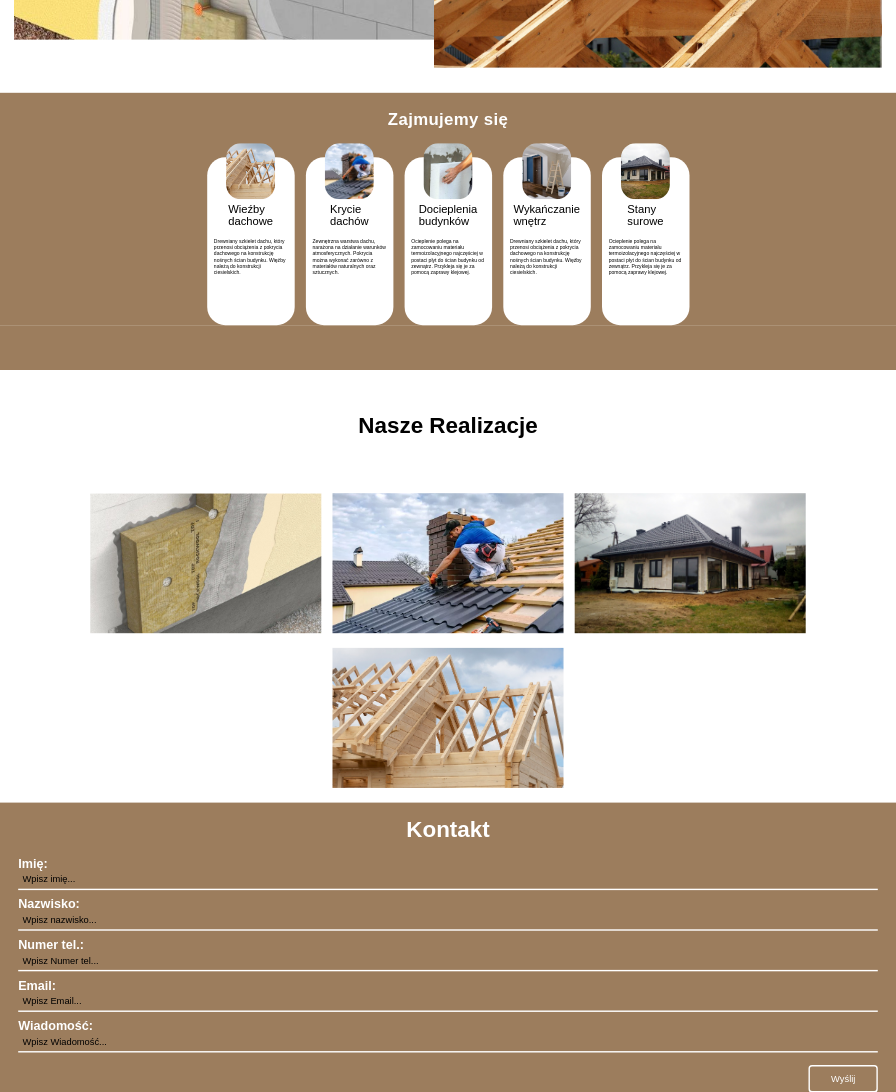
Repository: JakubPaszko2001/bel
Page: index.html
An editor plug-in stored every save of this project. The page is shown before and after a run of saves, followed by the edit.
The browser window is 1280 px wide. The pictures show the part of the page from y = 1092 to 3012 px (the page is 2652 px tall before and 3012 px after), at 70% of full size.
Some web fonts or font styles are not loaded; a fallback is used.

Above is the page before, as saved 2022-03-05 17:31:15.

### index.html
<!DOCTYPE html>
<html lang="pl-PL">
<head>
    <meta charset="UTF-8">
    <meta http-equiv="X-UA-Compatible" content="IE=edge">
    <meta name="viewport" content="width=device-width, initial-scale=1.0">
    <title>BEL-DOM</title>
    <link rel="preconnect" href="https://fonts.googleapis.com">
    <link rel="preconnect" href="https://fonts.gstatic.com" crossorigin>
    <link href="https://fonts.googleapis.com/css2?family=Prompt:wght@300;400;700&display=swap" rel="stylesheet">
    <link rel="stylesheet" href="style.css">
    <link rel="stylesheet" href="lightbox.min.css">
    <script src="./js/lightbox-plus-jquery.min.js"></script>
</head>
<body>
<!-- HEADER -->
<header>
    <div class="container">
        <!-- SPAN -->
        <button class="hamburger">
            <span class="hamburger--menu">
                <span class="hamburger__inner"></span>
            </span>
        </button>
        <!-- LOGO -->
        <div class="header__logo">
            <img class="logo__pic" src="./images/logo.png" alt="logo">
        </div>
    </div>
</header>
<!-- MAIN -->
<main>
    <!-- NAV -->
    <div class="navigation">
        <ul class="navigation--list">
            <li class="navigation__item"><a href="#">jeden</a></li>
            <li class="navigation__item"><a href="#">dwa</a></li>
            <li class="navigation__item"><a href="#">trzy</a></li>
            <li class="navigation__item"><a href="#">cztery</a></li>
        </ul>
    </div>
    <!-- MAIN CONTAINER -->
    <div class="main--container">
        <div class="background__pic">
            <img src="./images/tlo1.png" alt="background">
        </div>
    <!-- TEXT ON IMG -->
        <h1 class="text">ZBUDUJ Z NAMI <br>DOM <br> MARZEŃ</h1>
    </div>
    <!-- TEXT -->
    <div class="main--text">
        <h1 class="main__text-h1">Firma budowlana działająca na Podlasiu.</h1>
        <h3 class="main__text-h3">Usługi budowlane i remontowe</h3>
        <h4 class="main__text-h4">Lorem Ipsum is simply dummy text of the printing and typesetting industry. Lorem Ipsum has been the industry's standard dummy text ever since the 1500s, when an unknown printer took a galley of type and scrambled it to make a type specimen book. It has survived not only five centuries, but also the leap into electronic typesetting, remaining essentially unchanged. It was popularised in the 1960s with the release of Letraset sheets containing Lorem Ipsum passages, and more recently with desk</h4>
    </div>
    <!-- PHOTOS -->
    <div class="main--photos">
        <img class="photo photo1" src="./images/docieplenie1.png" alt="photo2">
        <img class="photo photo2" src="./images/wiezby.png" alt="photo1">
    </div>
    <!-- CARDS -->
    <div class="cards--container">
        <h2 class="text-h2">Zajmujemy się</h2>
        <div class="cards--container__main">
            <div class="card">
                <div class="card-img">
                    <img class="card-img_style" src="./images/wiezby2.png" alt="wiezby">
                </div>
                <div class="card-title">
                    <div class="h1-title">Wieźby<br>dachowe</div>
                </div>
                <div class="card-text">
                    <div class="h1-text">Drewniany szkielet dachu, który przenosi obciążenia z pokrycia dachowego na konstrukcję nośnych ścian budynku. Więźby należą do konstrukcji ciesielskich.</div>
                </div>
            </div>
            <div class="card">
                <div class="card-img">
                    <img class="card-img_style" src="./images/krycie.png" alt="wiezby">
                </div>
                <div class="card-title">
                    <div class="h1-title">Krycie<br>dachów</div>
                </div>
                <div class="card-text">
                    <div class="h1-text">Zewnętrzna warstwa dachu, narażona na działanie warunków atmosferycznych. Pokrycia można wykonać zarówno z materiałów naturalnych oraz sztucznych.</div>
                </div>
            </div>
            <div class="card">
                <div class="card-img">
                    <img class="card-img_style" src="./images/docieplenie2.png" alt="wiezby">
                </div>
                <div class="card-title">
                    <div class="h1-title">Docieplenia<br>budynków</div>
                </div>
                <div class="card-text">
                    <div class="h1-text">Ocieplenie polega na zamocowaniu materiału termoizolacyjnego najczęściej w postaci płyt do ścian budynku od zewnątrz. Przykleja się je za pomocą zaprawy klejowej.</div>
                </div>
            </div>
            <div class="card">
                <div class="card-img">
                    <img class="card-img_style" src="./images/wnetrza.png" alt="wiezby">
                </div>
                <div class="card-title">
                    <div class="h1-title">Wykańczanie<br>wnętrz</div>
                </div>
                <div class="card-text">
                    <div class="h1-text">Drewniany szkielet dachu, który przenosi obciążenia z pokrycia dachowego na konstrukcję nośnych ścian budynku. Więźby należą do konstrukcji ciesielskich.</div>
                </div>
            </div>
            <div class="card">
                <div class="card-img">
                    <img class="card-img_style" src="./images/surowe.png" alt="wiezby">
                </div>
                <div class="card-title">
                    <div class="h1-title">Stany<br>surowe</div>
                </div>
                <div class="card-text">
                    <div class="h1-text">Ocieplenie polega na zamocowaniu materiału termoizolacyjnego najczęściej w postaci płyt do ścian budynku od zewnątrz. Przykleja się je za pomocą zaprawy klejowej.</div>
                </div>
            </div>
        </div>
    </div>
    <div class="brown"></div>
    <div class="realisation-text">
        <h1 class="realisation-h1">Nasze Realizacje</h1>
    </div>
    <div class="gallery">
        <a href="./images/docieplenie.png" data-lightbox="mygallery"><img class="gallery-img" src="./images/nazwa.png"></a>
        <a href="./images/krycie.png" data-lightbox="mygallery"><img class="gallery-img" src="./images/krycie.png"></a>
        <a href="./images/surowe.png" data-lightbox="mygallery"><img class="gallery-img" src="./images/surowe.png"></a>
        <a href="./images/wiezby2.png" data-lightbox="mygallery"><img class="gallery-img" src="./images/wiezby2.png"></a>
    </div>
    <div class="contact">
        <div class="contact-title">
            <h1>Kontakt</h1>
        </div>
        <div class="contact-text">
            <p class="contact-text-title">Imię:</p><br>
            <input placeholder="Wpisz imię..."></input>
            <p class="contact-text-title">Nazwisko:</p><br>
            <input placeholder="Wpisz nazwisko..."></input>
            <p class="contact-text-title">Numer tel.:</p><br>
            <input placeholder="Wpisz Numer tel..."></input>
            <p class="contact-text-title">Email:</p><br>
            <input placeholder="Wpisz Email..."></input>
            <p class="contact-text-title">Wiadomość:</p><br>
            <input placeholder="Wpisz Wiadomość..."></input>
            <button>Wyślij</button>
        </div>
    </div>
</main>
<!-- JS -->
<script src="./js/script.js" type="text/javascript"></script>
</body>
</html>

### style.css
:root {
    /* WEIGHT */
    --ww-bold: 700;
    --ww-normal: 400;
    --ww-small: 300;
    /* COLORS */
    --color-orange: #EB680D;
    --color-white: #ffffff;
    --color-black: #000000;
    --color-brown: #9c7d5d;
    /* SPACING */
    --margin: 1.25em;
    --margin-left: 1.625em;
    /* FONT SIZE */
    --fs-12: 1.25em;
    --fs-10: 0.8em;

}
* {
    margin: 0;
    padding: 0;
    box-sizing: border-box;
    font-family: 'Prompt', sans-serif;
    /* font-family: Arial, Helvetica, sans-serif; */
}
img {
    width: 100%;
    object-fit: cover;
}
.logo__pic {
    width: 6.875em;
    height: 6.875em;
}
.container {
    display: flex;
    margin: 0 var(--margin);
    justify-content: space-between;
    align-items: center;
}
.hamburger {
    padding: var(--margin-left);
    display: inline-block;
    cursor: pointer;
    background: transparent;
    border: 0;
    margin: 0;
}
.hamburger--menu  {
    width: 2.1875em;
    height: var(--margin);
    display: inline-block;
    position: relative;
}
.hamburger__inner {
    z-index: 999;
    width: 100%;
    height: 3px;
    background-color: black;
    position: absolute;
    left: 0;
    top: 50%;
    transform: translateY(-50%);
    transition: background-color 0.1s 0.2s ease-in-out;
}
.hamburger__inner::before,
.hamburger__inner::after {
    content: '';
    width: 100%;
    height: 3px;
    background-color: var(--color-black);
    position: absolute;
    left: 0;
    transition: transform 0.2s 0.2s ease-in-out;

}
.hamburger__inner::before {
    /* transform: translateY(-10px); */
    top: -10px;
}
.hamburger__inner::after {
    /* transform: translateY(10px); */
    top: 10px;
}
.hamburger--active .hamburger__inner {
    background-color: transparent;
}
.hamburger--active .hamburger__inner::before {
    transform: translateY(10px) rotate(45deg);
    background-color: var(--color-orange);
}
.hamburger--active .hamburger__inner::after {
    transform: translateY(-10px) rotate(-45deg);
    background-color: var(--color-orange);
}
.navigation {
    position: absolute;
    top: 0;
    left: 0;
    width: 10.9375em;
    height: 100vh;
    background-color: var(--color-black);
    display: flex;
    flex-direction: column;
    align-items: center;
    transform: translateX(-200px);
    transition: transform 0.3s 0.1s ease-in-out;
    z-index: 100;
}
.navigation--active {
    transform: translateX(0px);
}
.navigation--list {
    list-style: none;
}
.navigation__item {
    margin-bottom: 2.5em;
}
li:first-child {
    margin-top: 9.375em;
}
a {
    text-decoration: none;
    color: var(--color-orange);
    font-size: var(--margin);
}
.main--container {
    position: relative;
    z-index: 1;
}
.text {
    position: absolute;
    bottom: 20%;
    margin-left: var(--margin-left);
    line-height: 1em;
    font-size: 6vw;
    font-weight: var(--ww-bold);
}
.main--text {
    letter-spacing: 0.5px;
    margin: 0 var(--margin-left);
}
.main__text-h1 {
    margin-top: 1.5em;
    margin-bottom: 1.0em;
    font-size: var(--fs-12);
    font-weight: var(--ww-bold);
    color: var(--color-brown);

}
.main__text-h3 {
    font-size: var(--fs-10);
    font-weight: var(--ww-bold);
    margin-bottom: 1em;
}
.main__text-h4 {
    font-size: var(--fs-10);
    font-weight: var(--ww-normal);
}
.main--photos {
    display: flex;
    justify-content: center;
    align-items: center;
    position: relative;
    width: 100%;
    /* border: violet solid; */
    height: 15em;
}
.photo {
    width: 100%;
    height: 8em;
}
.photo1 {
    transform: translate(20px,-20px);
}
.photo2 {
    transform: translate(-20px,20px);
}
.cards--container {
    background: var(--color-brown);
    /* height: 100vh; */
}

.text-h2 {
    padding-top: 1em;
    color: var(--color-white);
    text-align: center;
    letter-spacing: 0.5px;
    padding-bottom: 1.25em;
    /* border: violet solid; */
}
.cards--container__main {
    display: flex;
    flex-wrap: wrap;
    width: 100%;
    justify-content: center;
    align-items: center;
    gap: 1em;
}
.card {
    display: flex;
    flex-direction: column;
    position: relative;
    height: 15em;
    width: 7.8125em;
    /* height: 300px;
    width: 175px; */
    background-color: var(--color-white);
    border-radius: 1.625em;
    margin-top: 0.625em;
}
.card-img {
    display: flex;
    height: 3.75em;
    justify-content: center;
    /* border: black solid; */

}
.card-img_style {
    width: 4.375em;
    height: 5em;
    border-radius: 1.3125em;
    position: absolute;
    top: -20px;
}
.card-title {
    height: 3.125em;
    width: 100%;
    margin-top: 5px;
    /* border: yellow solid; */
}
.h1-title {
    display: flex;
    justify-content: center;
    align-items: center;
    font-weight: var(--ww-normal);
}
.card-text {
    width: 100%;
    height: 100px;
    display: flex;
    flex-wrap: nowrap;
    /* border: green solid; */
}
.h1-text {
    font-size: 0.45em;
    font-weight: var(--ww-normal);
    padding: 0px 10px 10px 10px;
}
.brown {
    display: flex;
    width: 100%;
    height: 4em;
    background-color: var(--color-brown);
}
.realisation-text {
    display: flex;
    justify-content: center;
    align-items: center;
    height: 10em;
}
.gallery {
    display: flex;
    justify-content: center;
    align-items: center;
    flex-wrap: wrap;
    gap: 1em;
    padding: 1em 1em;
}
.gallery-img {
    width: 330px;
    height: 200px;
}
.contact {
    background-color: var(--color-brown);
    display: flex;
    flex-direction: column;
    color: var(--color-white);
}
.contact-title {
    display: flex;
    justify-content: center;
    align-items: center;
    margin: 20px 0px;
}
.contact-text {
    margin-left: var(--margin-left);
    margin-right: var(--margin-left);
}
.contact-text-title {
    font-size: 18px;
    margin-bottom: -20px;
    font-weight: var(--ww-bold);
}
input {
    width: 100%;
    padding: 6px;
    background:none;
    outline:none;
    border:0;
    border-bottom:2px solid white;
    margin-bottom: 10px;
}
::placeholder {
    color: black;
}
input:focus{
    border-bottom:2px solid black;
    transition:all .3s
}
button{
    float:right;
    padding:10px 30px;
    margin:8px 0 0;
    font-family:'Montserrat',sans-serif;
    border-radius: 5px;
    border:2px solid white;
    background: 0;
    color:white;
    cursor:pointer;
    transition:all .3s;
}
button:hover {
    background-color: #383838;
    border:2px solid #383838;
}

### js/script.js
const hamburger = document.querySelector('.hamburger');
const Click = () => {
    hamburger.classList.toggle('hamburger--active');
}
hamburger.addEventListener('click',Click);

Loaded but not shown: lightbox.min.css (common file); js/lightbox-plus-jquery.min.js (library)

After the next 2 saves:
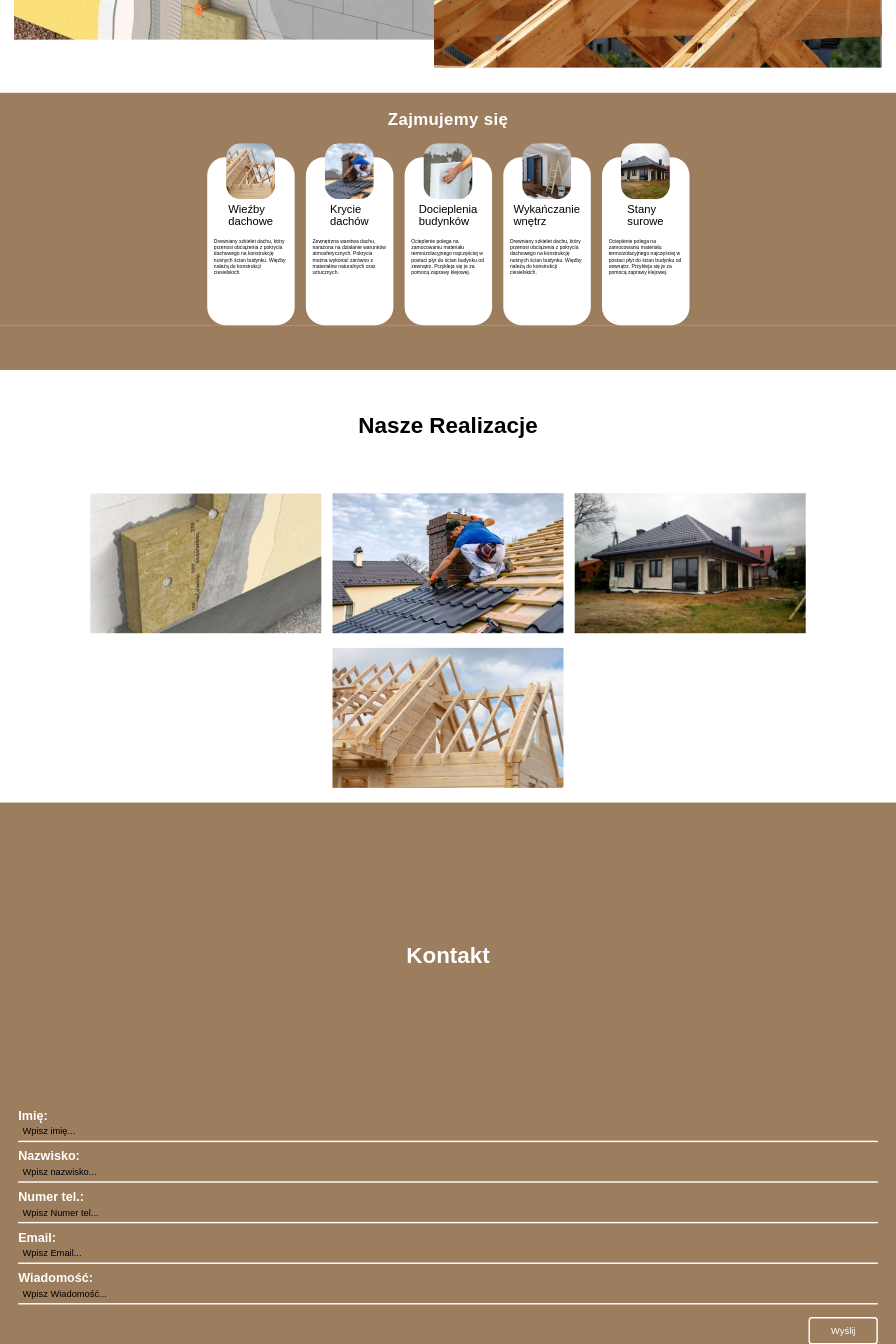
The 2 saves are shown as one change because they came seconds apart.
The last was saved 8 s later.
--- a/style.css
+++ b/style.css
@@ -280,7 +280,7 @@
     display: flex;
     justify-content: center;
     align-items: center;
-    margin: 20px 0px;
+    margin: 200px 0px;
 }
 .contact-text {
     margin-left: var(--margin-left);
